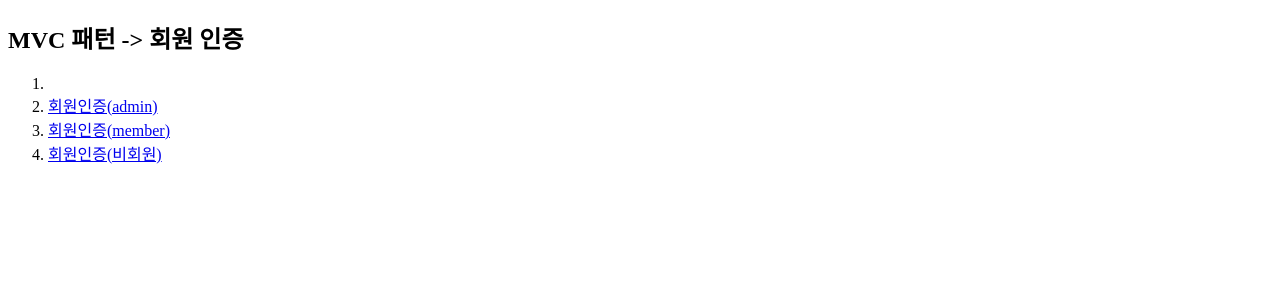
Repository: hyojinx/JspStudy
Page: http://localhost/jspstudy/13Servlet/MemberAuth.jsp
These files come from the project's save history. The page is drawn as it stood at one moment and after the next save; the edit follows.
The browser window is 1280 px wide. The pictures show the whole page.
The page is served by Tomcat 9.

Above is the page before, as saved 2023-04-11 08:06:53.

After the next save:
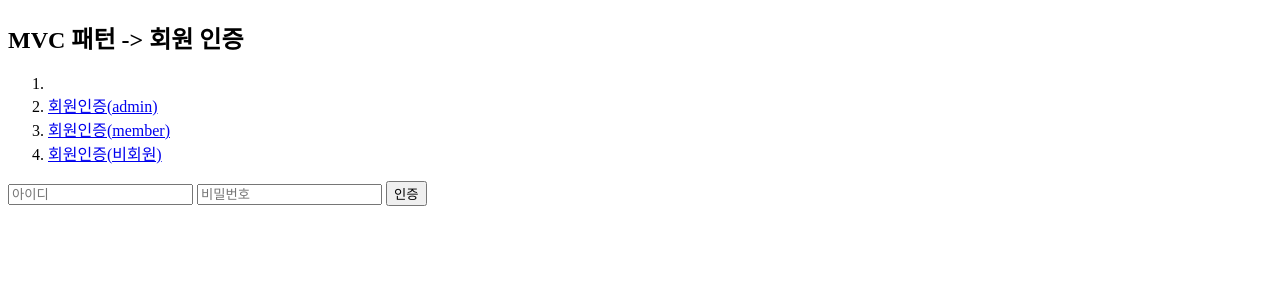
Saved 4 min 41 s later.
--- a/jspstudy/src/main/webapp/13Servlet/MemberAuth.jsp
+++ b/jspstudy/src/main/webapp/13Servlet/MemberAuth.jsp
@@ -14,5 +14,10 @@
 		<li><a href="./MemberAuth.mvc?id=gun&pass=1234">회원인증(member)</a>
 		<li><a href="./MemberAuth.mvc?id=outsider&pass=1234">회원인증(비회원)</a>
 	</ol>
+	<form name="authFrm" method="post" action="./MemberAuth.mvc">
+		<input type="text" name="id" placeholder="아이디"/>
+		<input type="text" name="pass" placeholder="비밀번호"/>
+		<input type="submit" value="인증"/>
+	</form>
 </body>
 </html>
